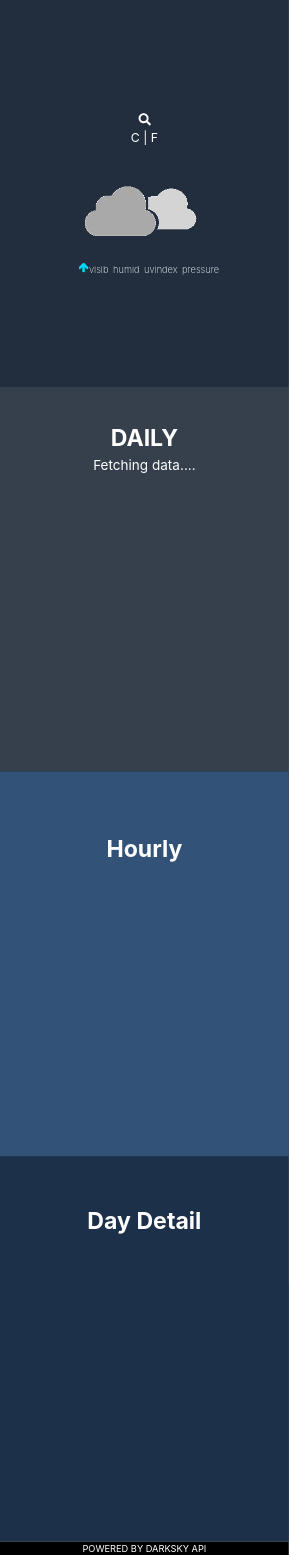
Repository: DOODpls/assignment3_weather
Page: index.html
These files come from the project's save history. The page is drawn as it stood at one moment and after the next save; the edit follows.
The browser window is 375 px wide. The pictures show the whole page, at 77% of full size.
Some web fonts or font styles are not loaded; a fallback is used. Some web libraries are served in a nearby version.

Above is the page before, as saved 2020-01-07 22:09:07.

After the next save:
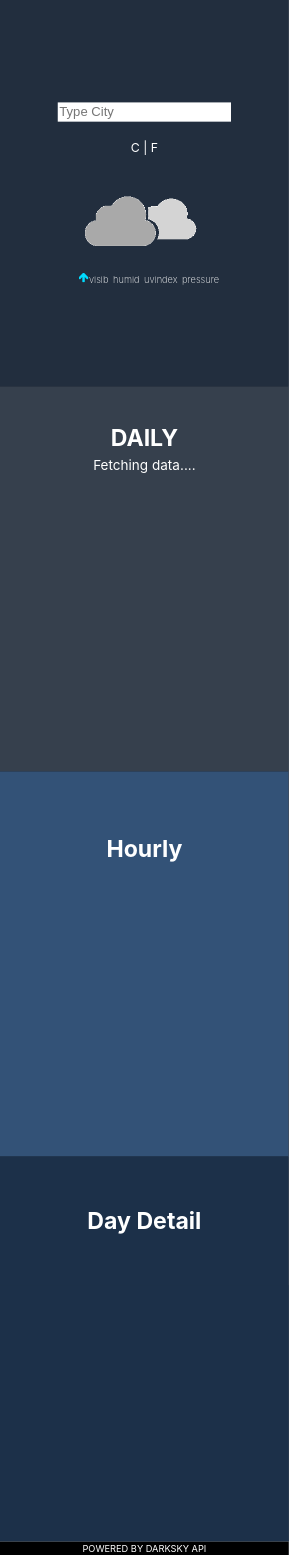
Saved 38 s later.
--- a/styles.css
+++ b/styles.css
@@ -28,7 +28,6 @@
   justify-content: center;
   align-items: center;
   overflow: hidden;
-  position: relative;
 }
 .unitswitcher{
   color: white;
@@ -138,7 +137,7 @@
 }
 .city-text{
   border-radius: 0px;
-  width: 250px;
+  width: auto;
   height: 25px;
   font-family: Arial, Helvetica, sans-serif;
   font-size: 17px;
@@ -431,13 +430,6 @@
     width: 90%;
   }
 }
-@media (max-width:500px){
-  .city-text{
-    position: absolute;
-    top: 25px;
-    right: -250px;
-  }
-}
 @media (max-width:260px){
   .city-text{
     width: 100%;
